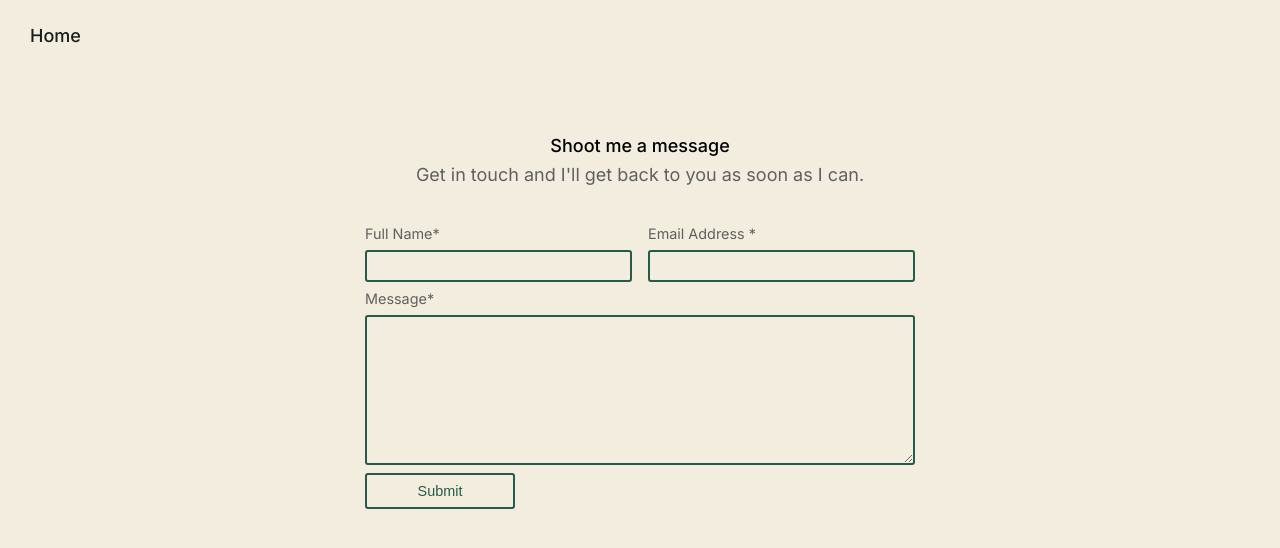
Repository: David-Waite/David-Waite-Portfolio
Page: /contact
These files come from the project's save history. The page is drawn as it stood at one moment and after the next save; the edit follows.
The browser window is 1280 px wide. The pictures show the whole page.
The project was rebuilt for these pictures with package versions that can differ from the ones it lists, and the page was loaded fresh each time. The framework's server and built-in components were replaced by stand-ins that run in the browser. Also part of the build but not shown: next.config.js, app/components/Nav/NavButton/navButton.module.css, app/components/Nav/NavButton/NavButton.tsx.

Above is the page before, as saved 2023-07-26 20:28:15.

### app/layout.tsx
import "./globals.css";
import type { Metadata } from "next";
import { Inter } from "next/font/google";
import Link from "next/link";
import NavBar from "./components/Nav/NavBar/NavBar";

const inter = Inter({ subsets: ["latin"] });

export const metadata: Metadata = {
  title: "Create Next App",
  description: "Generated by create next app",
};

export default function RootLayout({
  children,
}: {
  children: React.ReactNode;
}) {
  return (
    <html lang="en">
      <body className={inter.className}>
        <NavBar />
        {children}
      </body>
    </html>
  );
}

### app/contact/page.tsx
import { Metadata, NextPage } from "next/types";
import { Contact } from "../components/Contact/contact";

export const metadata: Metadata = {
  title: "David Waite | Contact ",
};

const ContactPage: NextPage = () => {
  return <Contact />;
};

export default ContactPage;

### app/globals.css
:root {
  --primary: #255b48;
  --black: #191d1b;
  --background: #f3eddf;
  --white: #ffffff;
  --grey: #606060;
  --error: #a83c23;
}

.paragraph {
  font-size: 18px;
  font-style: normal;
  font-weight: 400;
  line-height: 25.2px;
  color: var(--black);
}

body {
  background-color: var(--background);
}

* {
  padding: 0;
  margin: 0;
  box-sizing: border-box;
}

### app/components/Nav/NavBar/NavBar.tsx
"use client";
import NavButton from "../NavButton/NavButton";
import styles from "./navBar.module.css";
import { usePathname } from "next/navigation";

import Link from "next/link";

export default function NavBar() {
  const currentRoute = usePathname();

  return (
    <nav className={styles.container}>
      <Link href={`./${currentRoute === "/" ? "about" : "/"}`}>
        {currentRoute === "/" ? "About" : "Home"}
      </Link>

      {currentRoute !== "/contact" && <NavButton />}
    </nav>
  );
}

### app/components/Contact/contact.tsx
"use client";

import { FormEvent, useState } from "react";
import styles from "./contact.module.css";
import { useSearchParams } from "next/navigation";
export const Contact = () => {
  const [message, setMessage] = useState<string>("");
  const [status, setStatus] = useState<string>("idle");
  const [disabled, setDisabled] = useState<boolean>(false);
  const searchParams = useSearchParams();

  const onContactFormSubmit = async (e: FormEvent<HTMLFormElement>) => {
    e.preventDefault();
    setStatus("loading");
    const formData: { [key: string]: string } = {};
    const elements = e.currentTarget.elements as unknown as Array<
      HTMLInputElement | HTMLTextAreaElement | HTMLButtonElement
    >;

    Array.from(elements).forEach((field) => {
      if (!field.name) return;
      formData[field.name] = field.value;
    });

    await fetch("/contact/send", {
      method: "POST",
      body: JSON.stringify(formData),
    })
      .then((res) => res.json())
      .then((res) => {
        setMessage(res.message);
        setStatus(res.status);
        setDisabled(res.message.length > 0);
      });
  };

  return (
    <div className={styles.container}>
      <h1 className={styles.heading}>Shoot me a message</h1>
      <p className={styles.tagline}>
        Get in touch and I&apos;ll get back to you as soon as I can.
      </p>

      <form onSubmit={onContactFormSubmit}>
        <div className={styles.topForm}>
          <div className={styles.inputCon}>
            <label htmlFor="name">
              <span>Full Name*</span>
            </label>
            <input
              type="text"
              name="name"
              id="name"
              required
              disabled={disabled}
            />
          </div>
          <div className={styles.inputCon}>
            <label htmlFor="email">
              <span>Email Address *</span>
            </label>
            <input
              type="email"
              name="email"
              id="email"
              required
              disabled={disabled}
            />
          </div>
        </div>

        <div className={`${styles.message} ${styles.inputCon}`}>
          <label htmlFor="message">
            <span>Message*</span>
          </label>
          <textarea
            rows={3}
            name="message"
            id="message"
            required
            disabled={disabled}
          ></textarea>
        </div>

        <button
          type="submit"
          className={`${styles.button} ${
            status === "idle"
              ? ""
              : status === "loading"
              ? styles.btnLoading
              : status === "error"
              ? styles.btnError
              : styles.btnSent
          }`}
          disabled={disabled}
        >
          {status === "idle"
            ? "Submit"
            : status === "loading"
            ? styles.btnLoading
            : status === "error"
            ? "Error"
            : "Sent"}
        </button>
      </form>
    </div>
  );
};

### app/components/Nav/NavBar/navBar.module.css
.container {
  display: flex;
  align-items: center;
  justify-content: space-between;
  height: 70px;
  padding: 0 30px;
}

.container a {
  color: var(--black);
  cursor: pointer;
  text-decoration: none;
  font-size: 18px;
  font-weight: 500;
}

### app/components/Contact/contact.module.css
.container {
  min-height: calc(100vh - 216px);
  display: flex;
  flex-direction: column;
  align-items: center;
  justify-content: center;
}

.container h1 {
  color: var(--back);
  font-weight: 500;
  font-size: 18px;
  margin-bottom: 8px;
}

.container p {
  text-align: center;
  margin-bottom: 40px;
  font-weight: 400;
  color: var(--grey);
  font-size: 18px;
}

.container form {
  display: flex;
  flex-direction: column;
  gap: 8px;
  position: relative;
}

.topForm {
  display: grid;
  grid-template-columns: 1fr 1fr;
  gap: 16px;
}

.inputCon {
  display: flex;
  flex-direction: column;
  gap: 8px;
}

.message textarea {
  background-color: var(--background);
  border: 2px solid var(--primary);
  border-radius: 3px;
  height: 150px;
  width: 550px;
  font-size: 16px;
  padding: 8px;
}
.inputCon label {
  color: var(--grey);
  font-size: 14.4px;
}

.inputCon input {
  background-color: var(--background);
  border: 2px solid var(--primary);
  border-radius: 3px;
  font-size: 16px;
  padding-left: 8px;
  height: 32px;
}

.inputCon select {
  height: 36px;
  font-size: 16px;
}

.container form button {
  border-radius: 3px;
  background: var(--background);
  border: 2px solid var(--primary);
  padding: 8px 32px;
  font-size: 14.4px;
  margin-right: auto;
  text-align: center;
  width: 150px;
  color: var(--primary);
  cursor: pointer;
}

.container form button:hover {
  background: var(--primary);
  color: var(--white);
}

.alert {
  position: absolute;
  top: -33px;
  left: 0px;
  color: var(--white);
  font-size: 16px;
  text-align: center;
  width: 100%;
  border-radius: 3px;
}

.alertSuccess {
  background-color: green;
}

.alertError {
  background-color: red;
}

.container form .btnLoading:hover {
  background: transparent;
  border-color: var(--primary);
  font-weight: 400;
  cursor: auto;
}

.container form .btnLoading {
  position: relative;

  background: transparent;
  border-color: var(--primary);

  cursor: pointer;
  color: transparent !important;
}

.container form .btnLoading::after {
  content: "";
  position: absolute;
  width: 16px;
  height: 16px;
  top: 0;
  left: 0;
  right: 0;
  bottom: 0;
  margin: auto;
  border: 3px solid var(--primary);
  border-top-color: transparent;
  border-radius: 50%;
  animation: button-loading-spinner 0.9s linear infinite;
}

@keyframes button-loading-spinner {
  from {
    transform: rotate(0deg);
  }
  to {
    transform: rotate(359deg);
  }
}

.btnSent {
  color: var(--white) !important;
  background-color: var(--primary) !important;
}

.btnError {
  color: var(--white) !important;
  background-color: var(--error) !important;
  border-color: var(--error) !important;
}

@media (max-width: 600px) {
  .container {
    padding: 10px;
  }
  .topForm {
    grid-template-columns: 1fr;
    gap: 8px;
  }
  .message textarea {
    width: calc(100vw - 38px);
  }
  .container form {
    width: 100%;
  }
}

After the next save:
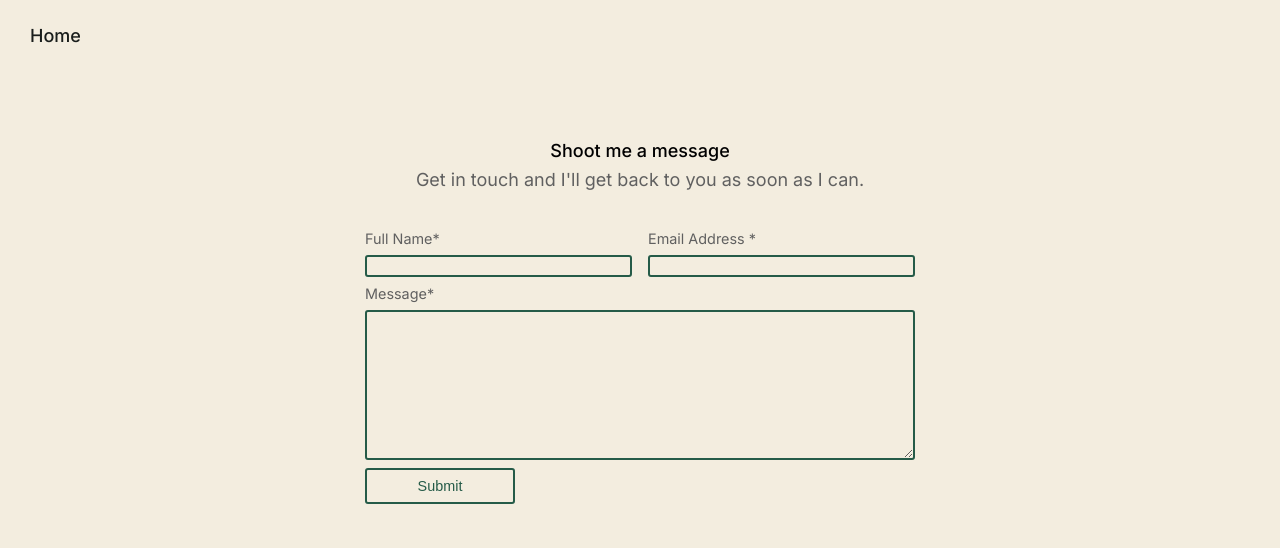
Saved 100 s later.
--- a/app/components/Contact/contact.module.css
+++ b/app/components/Contact/contact.module.css
@@ -60,6 +60,7 @@
   border-radius: 3px;
   font-size: 16px;
   padding-left: 8px;
+  monospace - 400
   height: 32px;
 }
 

After the 2 saves that followed:
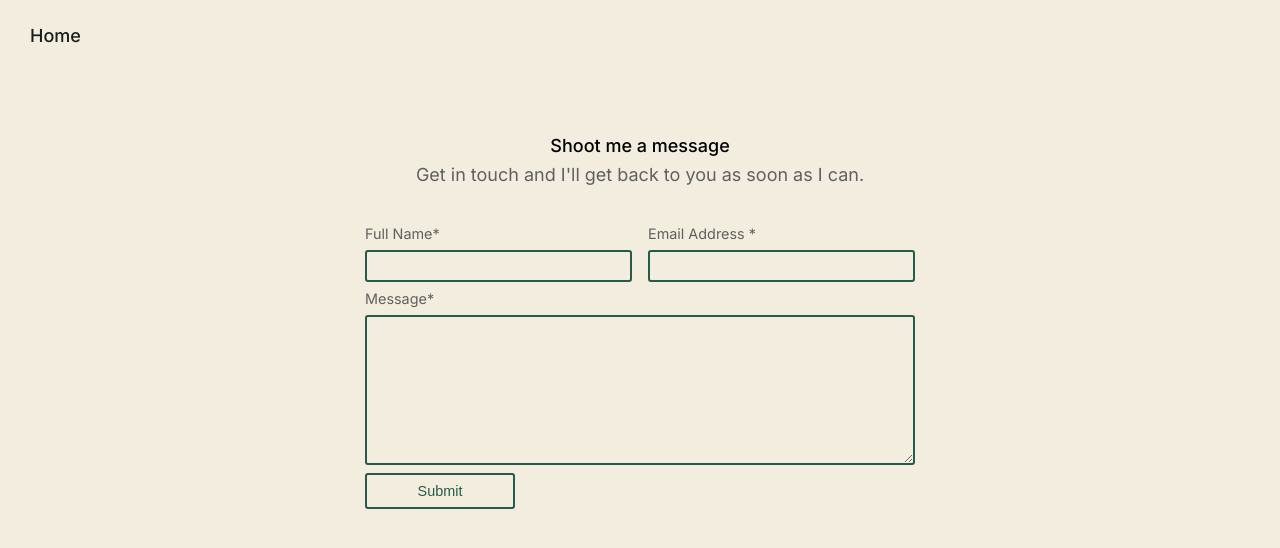
The 2 saves are shown as one change because they came seconds apart.
The last was saved 6 s later.
--- a/app/components/Contact/contact.module.css
+++ b/app/components/Contact/contact.module.css
@@ -60,7 +60,7 @@
   border-radius: 3px;
   font-size: 16px;
   padding-left: 8px;
-  monospace - 400
+  font-family: monospace;
   height: 32px;
 }
 
